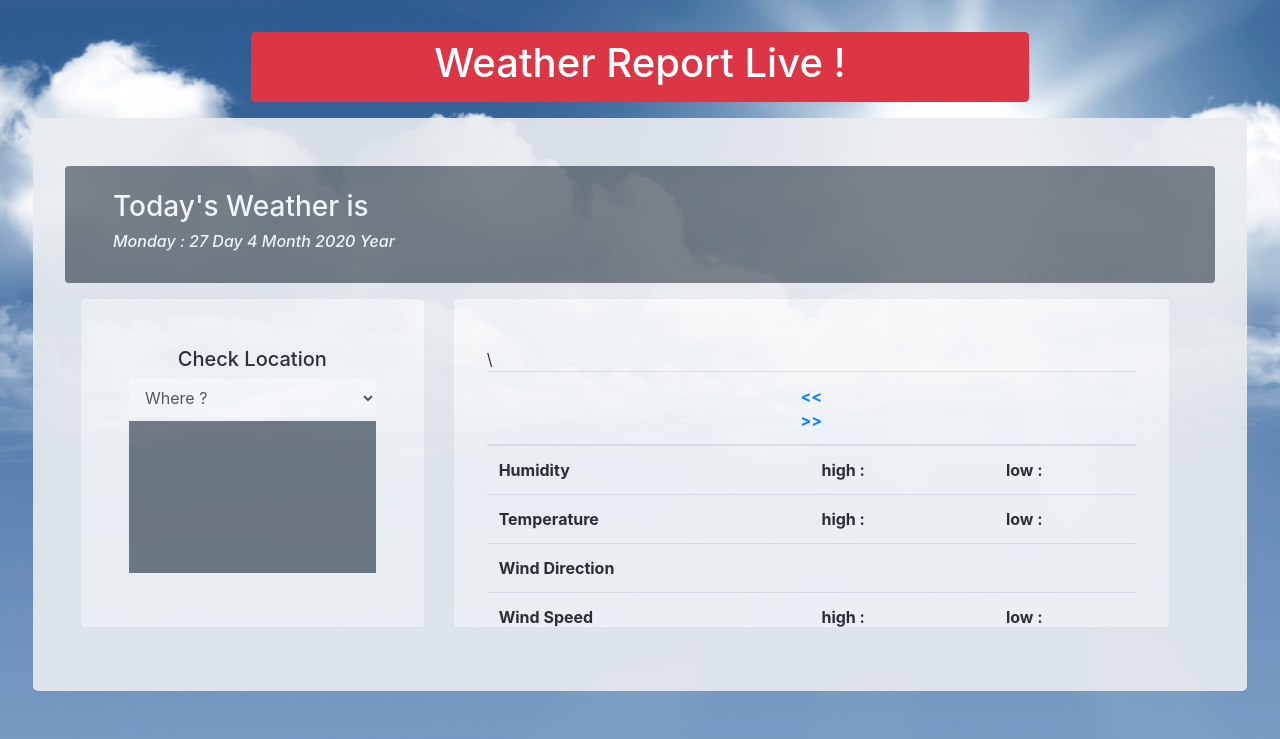
Repository: Code-Institute-Submissions/projectchen88-weatherForecast
Page: index.html
The author's editor kept a record of every edit. The page is drawn from the files as they stood at one moment, then again after the next edit.
The browser window is 1280 px wide. The pictures show the whole page.
The page's requests for data from a server got no answer.

Above is the page before.
Console error (its wording comes from the project's code and is left out).

### index.html
<!doctype html>
<html lang="en">

<head>
    <!-- Required meta tags -->
    <meta charset="utf-8">
    <meta name="viewport" content="width=device-width, initial-scale=1, shrink-to-fit=no">
    <!--AXIOS link-->
    <script src="https://unpkg.com/axios/dist/axios.min.js"></script>
    <!-- Bootstrap CSS -->
    <link rel="stylesheet" href="https://stackpath.bootstrapcdn.com/bootstrap/4.4.1/css/bootstrap.min.css" integrity="sha384-Vkoo8x4CGsO3+Hhxv8T/Q5PaXtkKtu6ug5TOeNV6gBiFeWPGFN9MuhOf23Q9Ifjh" crossorigin="anonymous">
    <!--Font Awesome-->
    <link rel="stylesheet" href="https://cdnjs.cloudflare.com/ajax/libs/font-awesome/4.7.0/css/font-awesome.min.css">
    <!--Custom CSS-->
    <link rel="stylesheet" href="styles/style.css" type="text/css" />
    <title>Hello, world!</title>
</head>

<body>
    <main id='main-page' class='container-fluid px-5 py-3'>
        <!--Header-->
        <div class="row">
            <div class="col-md-8 col-12 p-3 mx-auto">
                <span class='btn btn-danger w-100'><h1>Weather Report Live ! </h1></span>
            </div>
        </div>

        <!--Current Weather -->
        <div class="row jumbotron py-5">
            <div class="col-12 px-5 py-4 bg-secondary text-light rounded">
                <h3>Today's Weather is <span id='status'></span></h3>
                <h6 id='dateToday' class='font-italic'></h6>
            </div>
            <div id='display-section' class="col-12 p-3">
                <div class="box row">
                    <!--Check and display weather of location selected-->
                    <div class="box col-md-4 col-12 mx-auto text-center">
                        <div class="box p-5 bg-light rounded">
                            <h5>Check Location</h5>
                            <div>
                                <select class='form-control border-0' id="select">
                                    <option>Where ?</option>
                                </select>
                            </div>
                            <div class='mt-1 p-2 bg-secondary'>
                                <!--<p id='weather' class='font-bolder text-light'></p>   -->
                                <p class='p-5 bg-secondary text-light rounded font-weight-bolder' id='weather'>&nbsp</p>

                            </div>
                        </div>
                    </div>

                    <!--Display 4 days forecast-->
                    <div class="box col-md-8 col-12 mx-auto text-center">
                        <div class="box p-5 bg-light rounded">
                            <div class='display-box'>
                                <div class="row">
                                    <!--<div class="col-5">-->
                                        <!--<h5>Forecast for date :</h5>-->
                                        <!--<div class='d-flex justify-content-center'>-->
                                        <!--    <div class='d-flex'>-->
                                        <!--            <div id='next-day' class='text-primary'> << &nbsp</div>-->
                                        <!--            <h5 id='forecast-title'> </h5>-->
                                        <!--            <div id='next-day' class='text-primary'> &nbsp >> </div>-->
                                        <!--    </div>-->
                                        <!--    <div>-->
                                        <!--        <p class='p-5 bg-secondary text-light rounded font-weight-bolder' id='forecast'></p>-->
                                        <!--    </div>-->
                                        <!--</div>-->
                                        <!--<div class="col-7">-->
                                            <table class='table table-stripe '>
                                                <thead>
                                                    <tr>
                                                        <th colspan='5'>
                                                            <div>
                                                            <div id='prev-day' class='text-primary'> << </div>
                                                            <span id='forecast-title'></span>
                                                            <div id='next-day' class='text-primary'> >> </div>
                                                            </div>
                                                        </th>
\                                                    </tr>
                                                </thead>
                                                <tbody>
                                                    <tr>
                                                        <th class='text-left'>Humidity</th>
                                                        <th>high :</th>
                                                        <td id='humidity-high'></td>
                                                        <th>low :</th>
                                                        <td id='humidity-low'></td>
                                                    </tr>
                                                    <tr>
                                                        <th class='text-left'>Temperature</th>
                                                        <th>high :</th>
                                                        <td id='temperature-high'></td>
                                                        <th>low :</th>
                                                        <td id='temperature-low'></td>
                                                    </tr>
                                                    <tr>
                                                        <th class='text-left'>Wind Direction</th>
                                                        <td id='wind-direction' colspan='4'></td>
                                                    </tr>
                                                    <tr>
                                                        <th class='text-left'>Wind Speed</th>
                                                        <th>high :</th>
                                                        <td id='wind-speed-high'></td>
                                                        <th>low :</th>
                                                        <td id='wind-speed-low'></td>
                                                    </tr>
                                                </tbody>

                                            </table>

                                        <!--</div>-->

                                    <!--</div>-->
                                </div>
                            </div>
                        </div>


                    </div>
                </div>
            </div>


    </main>


    <!-- Optional JavaScript -->
    <!-- jQuery first, then Popper.js, then Bootstrap JS -->
    <script src="https://code.jquery.com/jquery-3.4.1.js" integrity="sha256-WpOohJOqMqqyKL9FccASB9O0KwACQJpFTUBLTYOVvVU=" crossorigin="anonymous"></script>
    <script src="https://cdn.jsdelivr.net/npm/popper.js@1.16.0/dist/umd/popper.min.js" integrity="sha384-Q6E9RHvbIyZFJoft+2mJbHaEWldlvI9IOYy5n3zV9zzTtmI3UksdQRVvoxMfooAo" crossorigin="anonymous"></script>
    <script src="https://stackpath.bootstrapcdn.com/bootstrap/4.4.1/js/bootstrap.min.js" integrity="sha384-wfSDF2E50Y2D1uUdj0O3uMBJnjuUD4Ih7YwaYd1iqfktj0Uod8GCExl3Og8ifwB6" crossorigin="anonymous"></script>
    <!--Custom JS script-->
    <script type="text/javascript" src="scripts/script.js"></script>
</body>

</html>

### scripts/script.js
/*  global $ axios */

var source1 = "https://api.data.gov.sg/v1/environment/2-hour-weather-forecast"
var source2 = "https://api.data.gov.sg/v1/environment/4-day-weather-forecast"
var forecastData =[]
var tempData =[]
var option =[]
var status


//AXIO TO GET DATA FROM JSON FILE (local)
function getForecast(callback) {
  axios.get(source1)
    .then(function(response) {
      let result = response.data;
      console.log(result)
      callback(result)
    })
}
function getTemp(callback) {
  axios.get(source2)
    .then(function(response) {
      let result = response.data.items[0].forecasts;
      console.log(result)
      callback(result)
    })
}
function displayDailyForecast( day ) {
  document.getElementById("forecast-title").innerHTML="Weather Forecast for date : " +tempData[day].date
  document.getElementById("forecast").innerHTML=tempData[day].forecast
  document.getElementById("humidity-high").innerHTML=tempData[day].relative_humidity.high
  document.getElementById("humidity-low").innerHTML=tempData[day].relative_humidity.low
  document.getElementById("temperature-high").innerHTML=tempData[day].temperature.high
  document.getElementById("temperature-low").innerHTML=tempData[day].temperature.low
  document.getElementById("wind-direction").innerHTML="The wind will be blowing in the "+tempData[day].wind.direction+" direction"
  document.getElementById("wind-speed-high").innerHTML=tempData[day].wind.speed.high
  document.getElementById("wind-speed-low").innerHTML=tempData[day].wind.speed.low

}
getTemp(function(data){
  tempData = data;
  tempData.count = 0 // tracker for the day result that is displayed
  displayDailyForecast (tempData.count)
  document.getElementById("forecast").innerHTML=tempData[0].forecast
})

getForecast( function(data) {
    forecastData = data
    status = forecastData.api_info.status
    document.getElementById("status").innerHTML = status;

    let forecastsArea = forecastData.items[0].forecasts

    var select = document.getElementById("select");
    for (let item in forecastsArea) {
      var el = document.createElement("option");
      el.textContent = forecastsArea[item].area;
      el.value = forecastsArea[item].area;
      select.appendChild(el);
    }
})

$ (function () {
  // $('#prev-day').hide();

  // Set the date of today to be displayed
  var d = new Date();
  var weekday = new Array(7);
  weekday[0] = "Sunday";
  weekday[1] = "Monday";
  weekday[2] = "Tuesday";
  weekday[3] = "Wednesday";
  weekday[4] = "Thursday";
  weekday[5] = "Friday";
  weekday[6] = "Saturday";
  var strDate = weekday[d.getDay()] + " : " + d.getDate() + " Day " + (d.getMonth()+1) + " Month " + d.getFullYear() + " Year " ;
  $('#dateToday').text(strDate)

  // Detect for change in option change in selection of area and display the weather
  $('#select').change(function(){
    // displayWeather()
    let forecastsArea = forecastData.items[0].forecasts
    for (let item in forecastsArea) {
      var select = $('#select').val()
      if (select == forecastsArea[item].area)
      $('#weather').text("The weather at "+ forecastsArea[item].area +" is expected to be "+forecastsArea[item].forecast)
    }
  })

  // Detect for change to view. forecast for next day
  $('#next-day').click( function () {
    if (tempData.count < 3) {
      tempData.count ++ ;
      displayDailyForecast(tempData.count)
      if (tempData.count >= 3) {
        // $('#next-day').hide()
      }
      $('#prev-day').text('<<')
    }
    else {
      $('#next-day').text('>>|')
    }
  })

  $('#prev-day').on('click', function () {
   if (tempData.count >= 0) {
      tempData.count -- ;
      displayDailyForecast(tempData.count)
      if (tempData.count <= 0 ) {
        $('#next-day').text(">>")
      }
      $('#prev-day').text('|<<')
    }
  })
})

Loaded but not shown: styles/style.css (common file)

After the next edit:
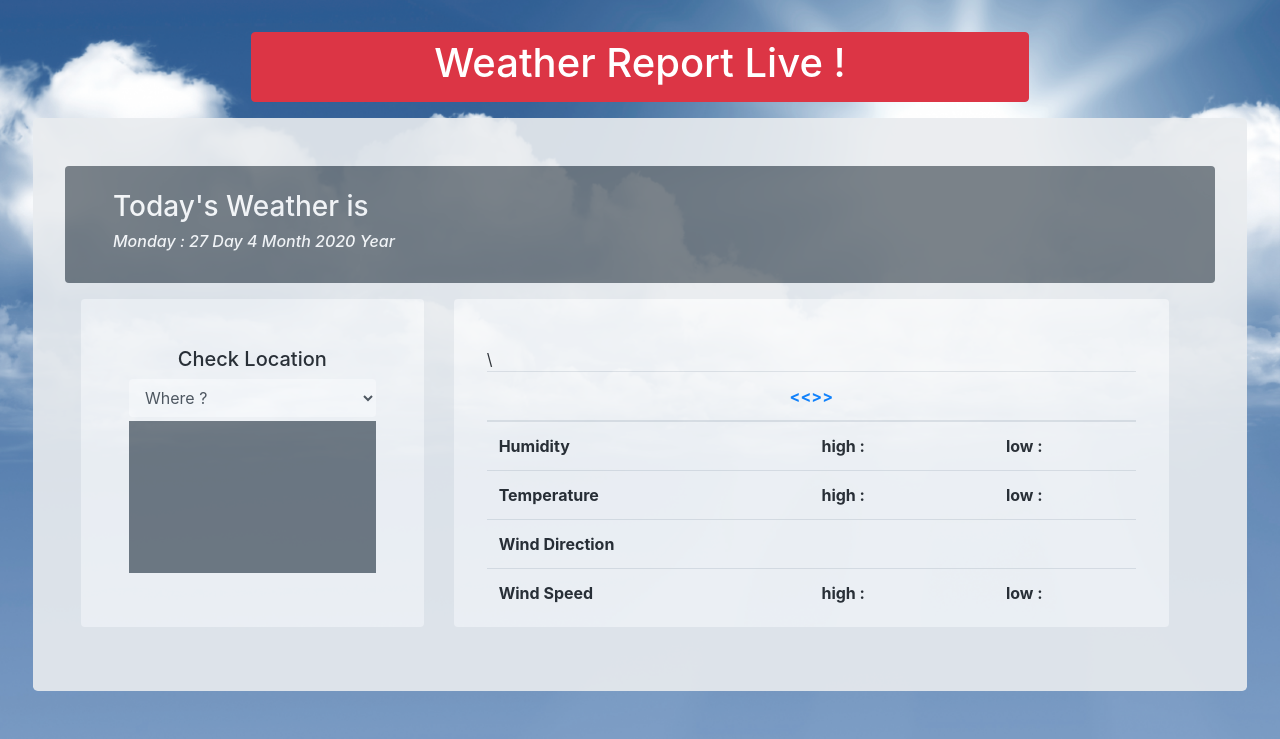
The edit:
--- a/index.html
+++ b/index.html
@@ -72,7 +72,7 @@
                                                 <thead>
                                                     <tr>
                                                         <th colspan='5'>
-                                                            <div>
+                                                            <div class='d-flex justify-content-center'>
                                                             <div id='prev-day' class='text-primary'> << </div>
                                                             <span id='forecast-title'></span>
                                                             <div id='next-day' class='text-primary'> >> </div>
